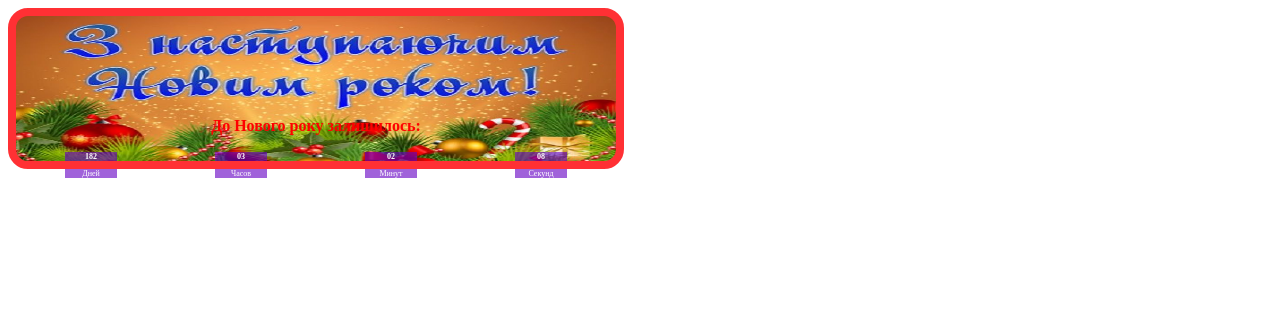
Repository: KonstantinKhamilov/JavaScript11-new-year
Page: index.html
The author's editor kept a copy of each file at every save. The page is drawn from the files as they stood at one save, then again after the next save.
The browser window is 1280 px wide. The page is 1280 px wide, then 1288 px, so the pictures cover 1288 px, including what lies to the right of the window. The pictures show the whole page.

Above is the page before, as saved 2024-12-29 18:19:40.

After the next save:
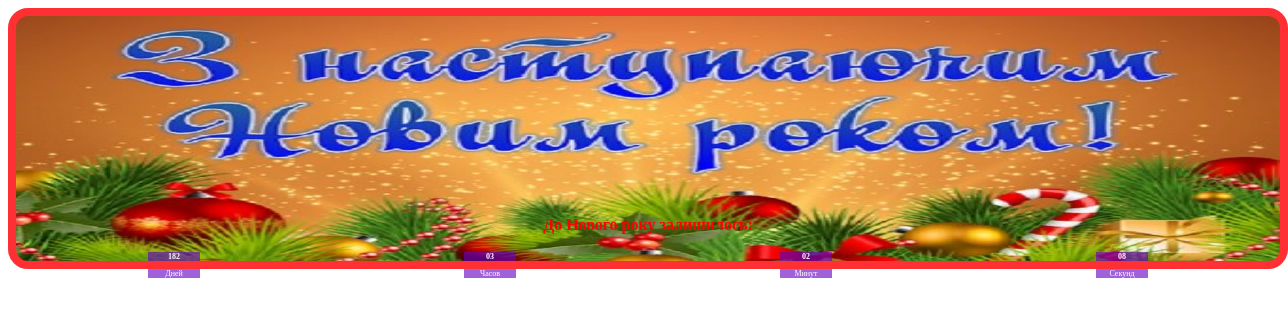
Saved 35 s later.
--- a/newYear.css
+++ b/newYear.css
@@ -4,8 +4,7 @@
     flex-direction: column;
     justify-content: center;
     /*align-items: center;*/
-    height: 100%;
-    width: 600px;
+    width: 100%;
     background-image: url("z_nastupauschim_ng_4.jpg");
     background-repeat: no-repeat;
     background-size: 100% 100%;
